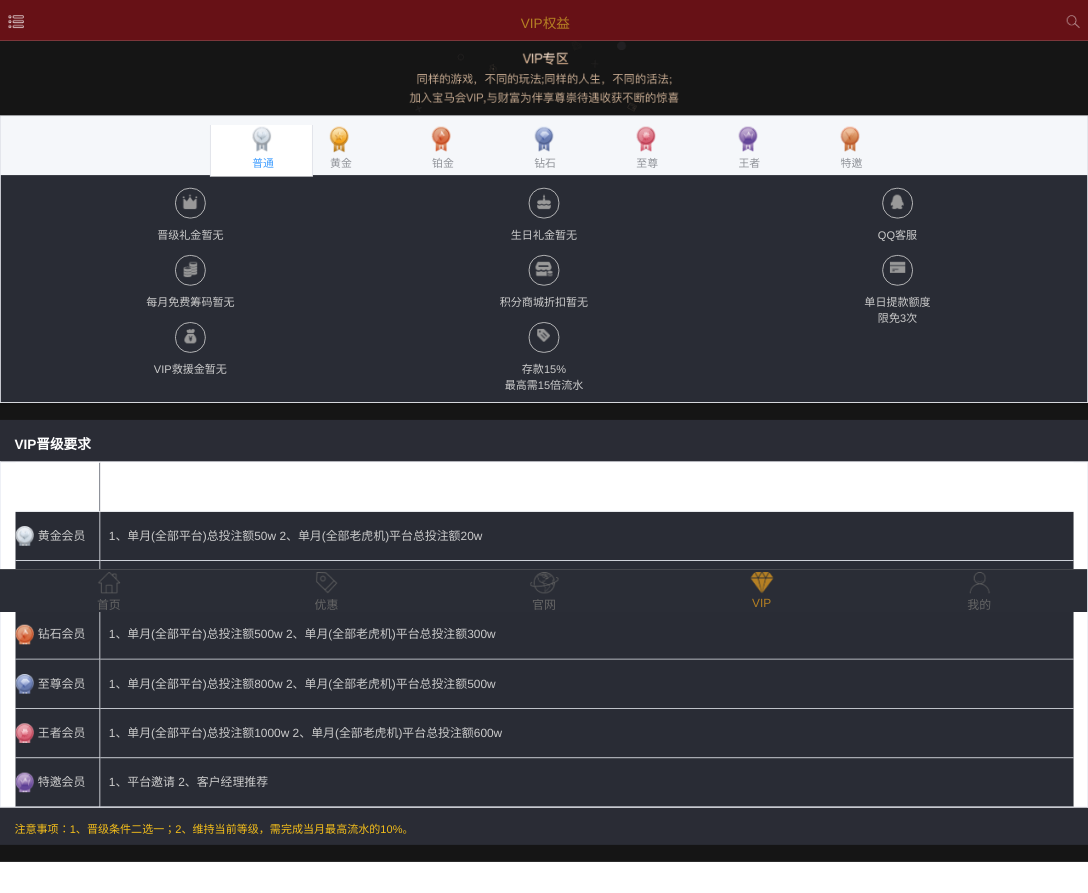
Repository: ada6688/IntegralMall
Page: /Vip
These files come from the project's save history. The page is drawn as it stood at one moment and after the next save; the edit follows.
The browser window is 1280 px wide. The pictures show the whole page, at 85% of full size.
The project was rebuilt for these pictures with package versions that can differ from the ones it lists, and the page was loaded fresh each time. Also part of the build but not shown: src/components/common/Topnav.vue, src/components/page/notice.vue, src/components/page/MainNav.vue, src/components/page/Member.vue, src/components/page/Youhui.vue, src/router/index.js.

Above is the page before, as saved 2020-01-02 19:52:51.

After the next save:
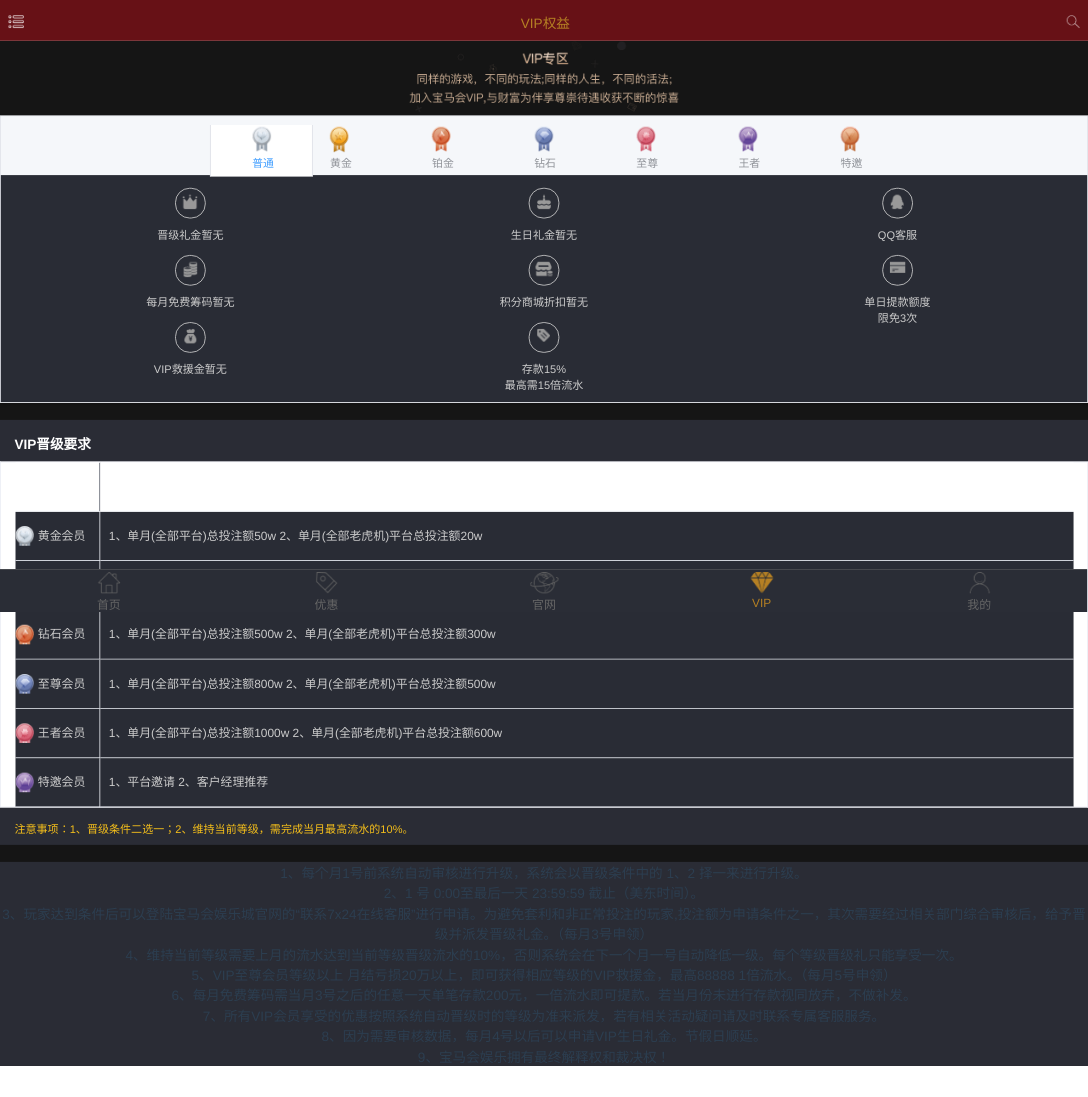
Saved 2 min 35 s later.
--- a/src/components/page/Vip.vue
+++ b/src/components/page/Vip.vue
@@ -109,6 +109,17 @@
         </el-table>
         <p class="Vip-level-tips">注意事项：1、晋级条件二选一；2、维持当前等级，需完成当月最高流水的10%。</p>
       </div>
+      <div class="level-rules-wrap">
+        <p>1、每个月1号前系统自动审核进行升级，系统会以晋级条件中的 1、2 择一来进行升级。</p>
+        <p>2、1 号 0:00至最后一天 23:59:59 截止（美东时间）。</p>
+        <p>3、玩家达到条件后可以登陆宝马会娱乐城官网的“联系7x24在线客服”进行申请。为避免套利和非正常投注的玩家,投注额为申请条件之一，其次需要经过相关部门综合审核后，给予晋级并派发晋级礼金。（每月3号申领）</p>
+        <p>4、维持当前等级需要上月的流水达到当前等级晋级流水的10%，否则系统会在下一个月一号自动降低一级。每个等级晋级礼只能享受一次。</p>
+        <p>5、VIP至尊会员等级以上 月结亏损20万以上，即可获得相应等级的VIP救援金，最高88888 1倍流水。（每月5号申领）</p>
+        <p>6、每月免费筹码需当月3号之后的任意一天单笔存款200元，一倍流水即可提款。若当月份未进行存款视同放弃，不做补发。</p>
+        <p>7、所有VIP会员享受的优惠按照系统自动晋级时的等级为准来派发，若有相关活动疑问请及时联系专属客服服务。</p>
+        <p>8、因为需要审核数据，每月4号以后可以申请VIP生日礼金。节假日顺延。</p>
+        <p>9、宝马会娱乐拥有最终解释权和裁决权！</p>
+      </div>
     </div>
     <Bottomnav></Bottomnav>
   </div>
